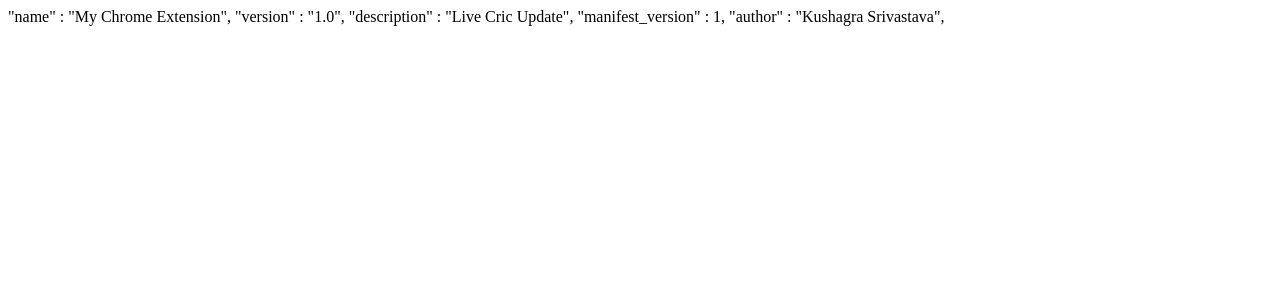
Repository: KSGit47/Chrome_Extension_cricScore
Page: index.html
An editor plug-in stored every save of this project. The page is shown before and after a run of saves, followed by the edit.
The browser window is 1280 px wide. The pictures show the whole page.

Above is the page before, as saved 2023-07-05 02:45:03.

### index.html
<!DOCTYPE html>
<html>
    <head>
        <title>
        </title>
    </head>
    <body>
        "name" : "My Chrome Extension",
        "version" : "1.0",
        "description" : "Live Cric Update",
        "manifest_version" : 1,
        "author" : "Kushagra Srivastava",

    </body>
</html>

After the next 3 saves:
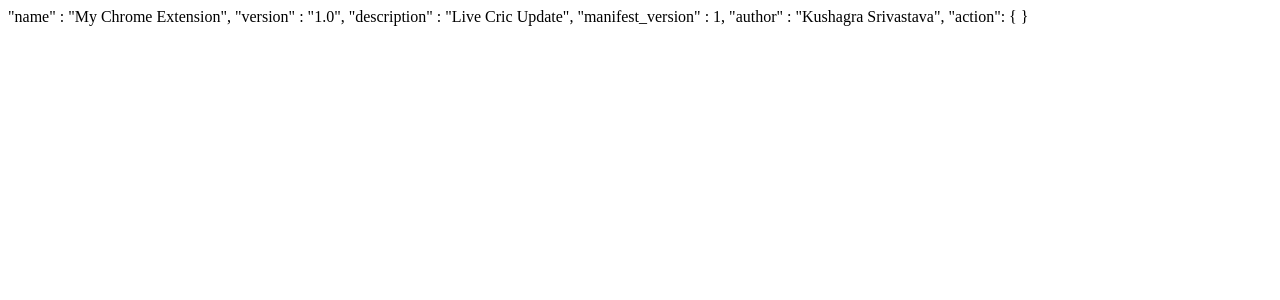
The 3 saves are shown as one change because they came seconds apart.
The last was saved 10 s later.
--- a/index.html
+++ b/index.html
@@ -10,6 +10,9 @@
         "description" : "Live Cric Update",
         "manifest_version" : 1,
         "author" : "Kushagra Srivastava",
+        "action":
+        {
 
+        }
     </body>
 </html>
